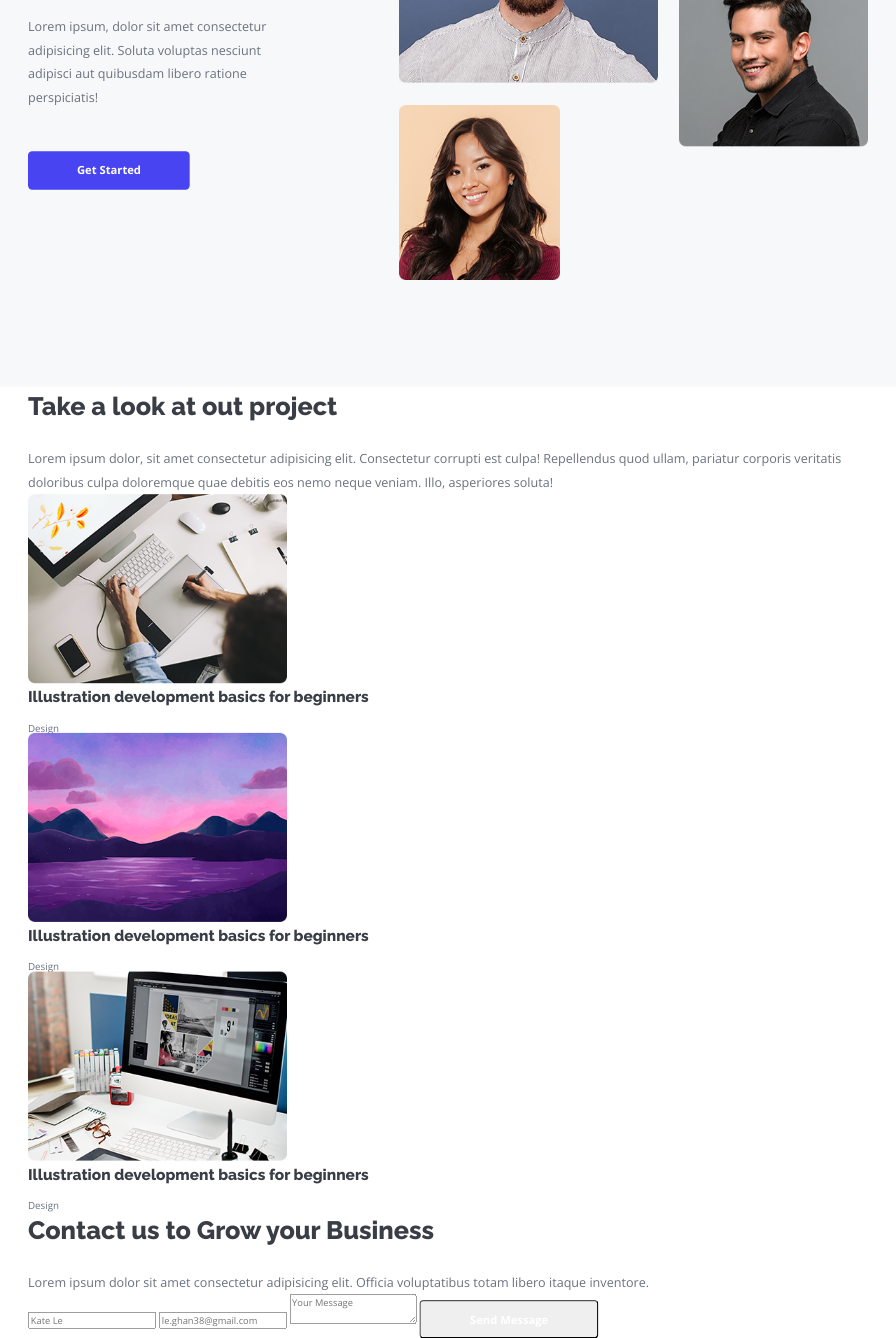
Repository: kate30980/LP-practiceoctavian
Page: index.html
An editor plug-in stored every save of this project. The page is shown before and after the next save, followed by the edit.
The browser window is 1280 px wide. The pictures show the part of the page from y = 4480 to 6400 px (the page is 6392 px tall before and 6400 px after), at 70% of full size.
The style sheet was rebuilt from its Sass, Less or Tailwind sources for each picture, by a compiler version that may differ from the author's.

Above is the page before, as saved 2021-08-25 17:17:12.

After the next save:
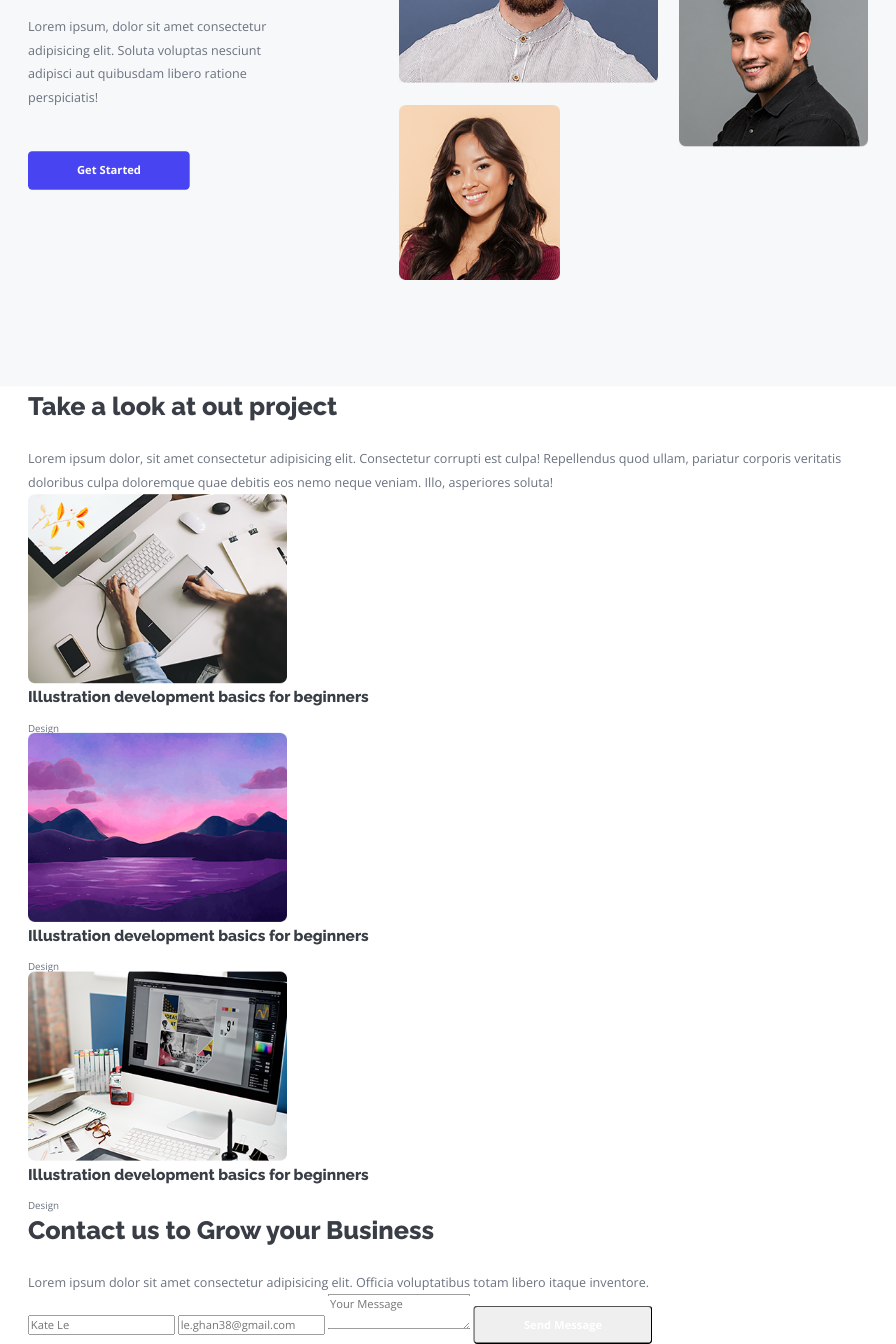
Saved 24 s later.
--- a/sass/_base.scss
+++ b/sass/_base.scss
@@ -7,7 +7,8 @@ body{
     margin: 0 auto;
 }
 input, button, textarea, select{
-    font-family: 'Open sans', sans-serif;
+    font-family: $primary-font;
+    font-size: 16px;
 }
 .container{
     max-width: 1200px;
